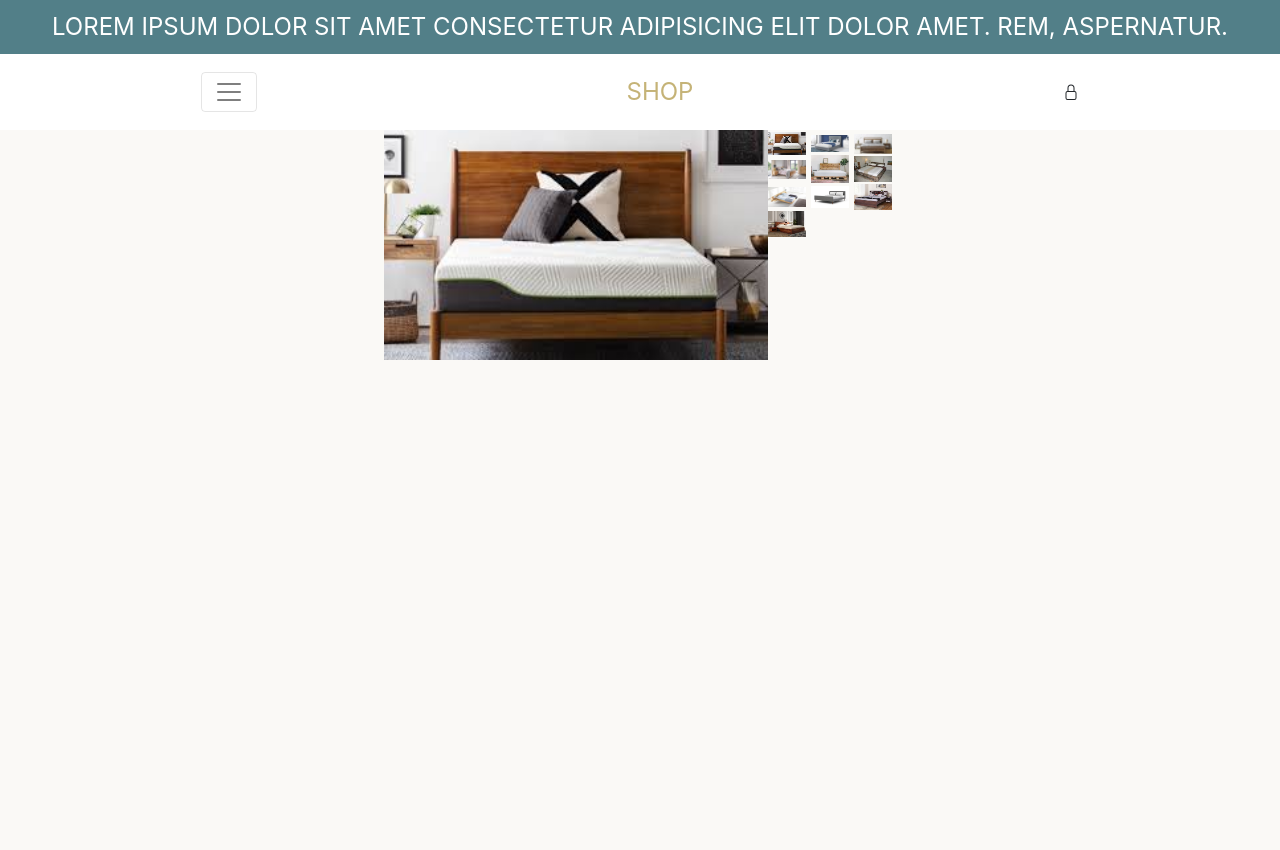
Repository: DaNiels89/frontendassignmentbogbootcamp
Page: index.html
These files come from the project's save history. The page is drawn as it stood at one moment and after the next save; the edit follows.
The browser window is 1280 px wide. The pictures show the whole page.

Above is the page before, as saved 2020-03-19 18:24:10.

### index.html
<!DOCTYPE html>
<html lang="en">
  <head>
    <meta charset="UTF-8" />
    <meta name="viewport" content="width=device-width, initial-scale=1.0" />
    <title>Front end Assignment - Carousel</title>
    <link
      rel="stylesheet"
      href="https://stackpath.bootstrapcdn.com/bootstrap/4.3.1/css/bootstrap.min.css"
      integrity="sha384-ggOyR0iXCbMQv3Xipma34MD+dH/1fQ784/j6cY/iJTQUOhcWr7x9JvoRxT2MZw1T"
      crossorigin="anonymous"
    />
    <link rel="stylesheet" href="css/styles.css" />
  </head>
  <body>
    <div class="promotion-bar">
      LOREM IPSUM DOLOR SIT AMET CONSECTETUR ADIPISICING ELIT DOLOR AMET. REM,
      ASPERNATUR.
    </div>

    <div class="pos-f-t">
      <div class="collapse" id="navbarToggleExternalContent">
        <div class="bg-dark p-4">
          <h4 class="text-white">Collapsed content</h4>
          <span class="text-muted">Toggleable via the navbar brand.</span>
        </div>
      </div>
      <nav class="navbar navbar-light bg-white">
        <button
          class="navbar-toggler"
          type="button"
          data-toggle="collapse"
          data-target="#navbarToggleExternalContent"
          aria-controls="navbarToggleExternalContent"
          aria-expanded="false"
          aria-label="Toggle navigation"
        >
          <span class="navbar-toggler-icon"></span>
        </button>

        <div class="navbar-div">SHOP</div>

        <svg
          class="bi bi-lock"
          width="1em"
          height="1em"
          viewBox="0 0 16 16"
          fill="currentColor"
          xmlns="http://www.w3.org/2000/svg"
        >
          <path
            fill-rule="evenodd"
            d="M11.5 8h-7a1 1 0 00-1 1v5a1 1 0 001 1h7a1 1 0 001-1V9a1 1 0 00-1-1zm-7-1a2 2 0 00-2 2v5a2 2 0 002 2h7a2 2 0 002-2V9a2 2 0 00-2-2h-7zm0-3a3.5 3.5 0 117 0v3h-1V4a2.5 2.5 0 00-5 0v3h-1V4z"
            clip-rule="evenodd"
          />
        </svg>
      </nav>
    </div>

    <div class="carousel-outer-div">
      <div class="carousel-inner-div">
        <img class="get-image" src="img/bed1.jpeg" alt="" />
        <div class="right-carousel">
          <img class="get-image" src="img/bed1.jpeg" alt="" />
          <img class="get-image" src="img/bed2.jpeg" alt="" />
          <img class="get-image" src="img/bed3.jpeg" alt="" />
          <img class="get-image" src="img/bed4.jpeg" alt="" />
          <img class="get-image" src="img/bed5.jpeg" alt="" />
          <img class="get-image" src="img/bed6.jpeg" alt="" />
          <img class="get-image" src="img/bed7.jpeg" alt="" />
          <img class="get-image" src="img/bed8.jpeg" alt="" />
          <img class="get-image" src="img/bed9.jpeg" alt="" />
          <img class="get-image" src="img/bed10.jpeg" alt="" />
        </div>
      </div>
    </div>
  </body>
</html>

### css/styles.css
* {
  box-sizing: border-box;
  margin: 0;
  padding: 0;
}

/* Promotion bar */
.promotion-bar {
  background-color: rgb(82, 127, 136);
  color: white;
  font-size: 1.5rem;
  text-align: center;
  width: 100%;
  height: auto;
  padding: 9px;
}

/* Navigation bar */
.navbar {
  width: 100%;
  display: flex;
  justify-content: space-around;
  margin: 10px 0;
}

.navbar-div {
  color: rgb(197, 179, 119);
  font-size: 1.5rem;
  text-align: center;
  align-items: center;
}

/* Carousel div */
.carousel-outer-div {
  background-color: rgb(250, 249, 246);
  height: 100vh;
  width: auto;
}

.carousel-inner-div {
  display: flex;
  justify-content: center;
}

.get-image {
  width: 30%;
  height: auto;
}

.right-carousel {
  width: 10%;
  height: 200px;
  overflow: hidden;
}

After the next save:
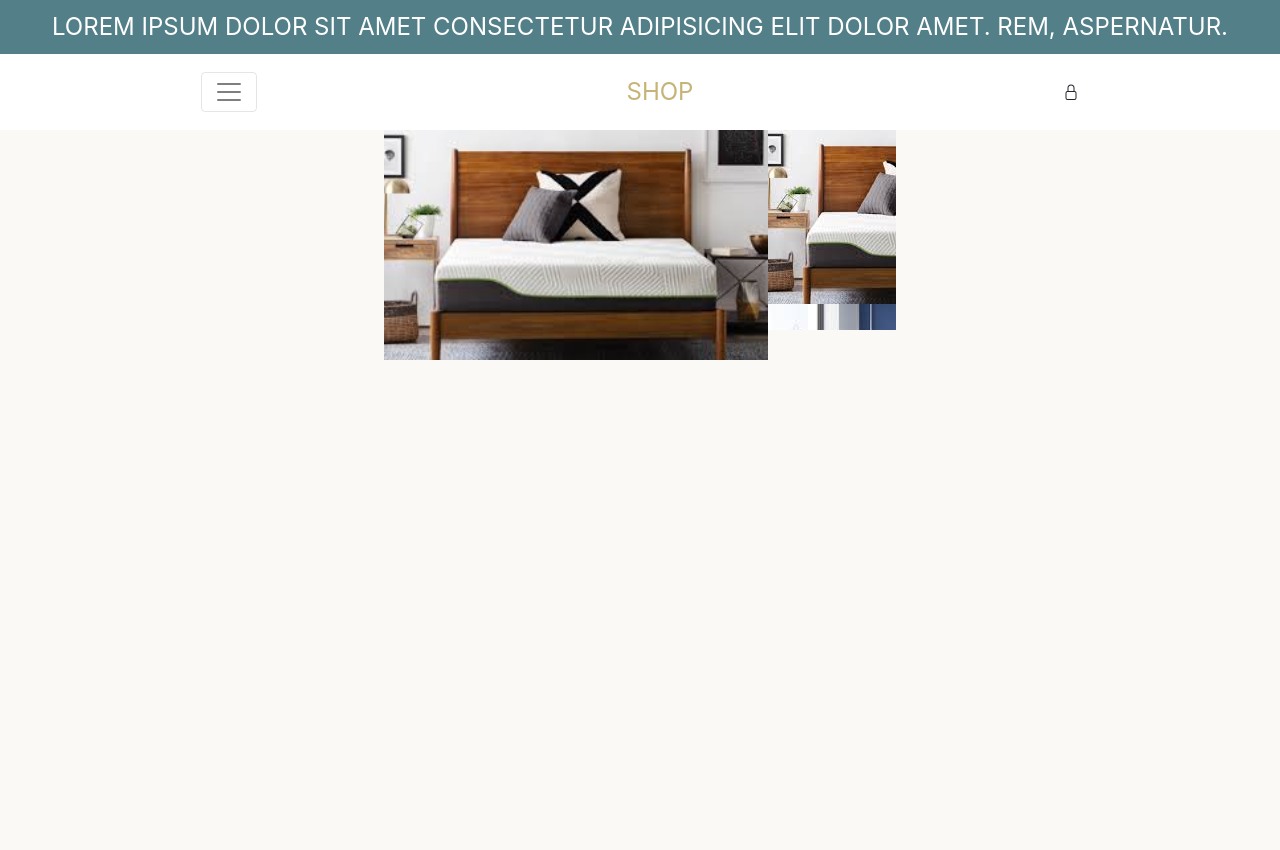
Saved 52 s later.
--- a/index.html
+++ b/index.html
@@ -61,16 +61,20 @@
       <div class="carousel-inner-div">
         <img class="get-image" src="img/bed1.jpeg" alt="" />
         <div class="right-carousel">
-          <img class="get-image" src="img/bed1.jpeg" alt="" />
-          <img class="get-image" src="img/bed2.jpeg" alt="" />
-          <img class="get-image" src="img/bed3.jpeg" alt="" />
-          <img class="get-image" src="img/bed4.jpeg" alt="" />
-          <img class="get-image" src="img/bed5.jpeg" alt="" />
-          <img class="get-image" src="img/bed6.jpeg" alt="" />
-          <img class="get-image" src="img/bed7.jpeg" alt="" />
-          <img class="get-image" src="img/bed8.jpeg" alt="" />
-          <img class="get-image" src="img/bed9.jpeg" alt="" />
-          <img class="get-image" src="img/bed10.jpeg" alt="" />
+          <img
+            class="get-image-right-carousel-right-carousel"
+            src="img/bed1.jpeg"
+            alt=""
+          />
+          <img class="get-image-right-carousel" src="img/bed2.jpeg" alt="" />
+          <img class="get-image-right-carousel" src="img/bed3.jpeg" alt="" />
+          <img class="get-image-right-carousel" src="img/bed4.jpeg" alt="" />
+          <img class="get-image-right-carousel" src="img/bed5.jpeg" alt="" />
+          <img class="get-image-right-carousel" src="img/bed6.jpeg" alt="" />
+          <img class="get-image-right-carousel" src="img/bed7.jpeg" alt="" />
+          <img class="get-image-right-carousel" src="img/bed8.jpeg" alt="" />
+          <img class="get-image-right-carousel" src="img/bed9.jpeg" alt="" />
+          <img class="get-image-right-carousel" src="img/bed10.jpeg" alt="" />
         </div>
       </div>
     </div>
